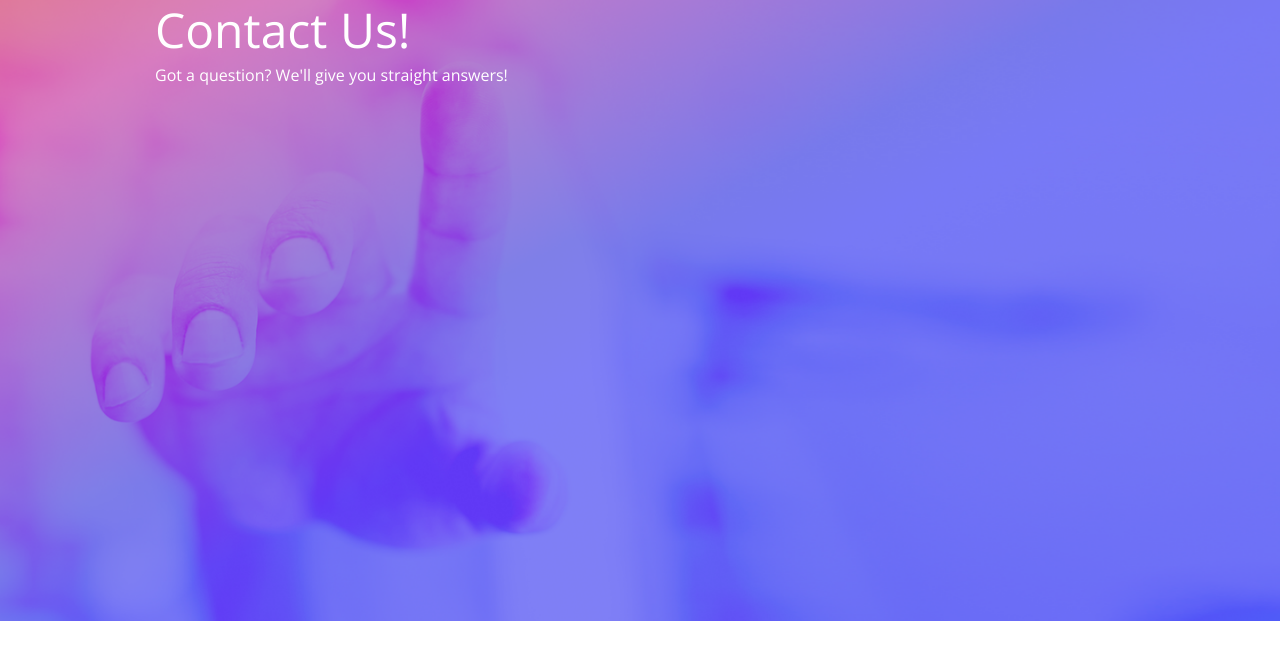
Repository: pixendrit/beetroot-fe-g1
Page: classwork/11 - Creating forms/class/index.html
The author's editor kept a copy of each file at every save. The page is drawn from the files as they stood at one save, then again after the next save.
The browser window is 1280 px wide. The pictures show the whole page.

Above is the page before, as saved 2021-02-06 09:35:48.

### classwork/11 - Creating forms/class/index.html
<!DOCTYPE html>
<html lang="en">

<head>
  <meta charset="UTF-8">
  <meta http-equiv="X-UA-Compatible" content="IE=edge">
  <meta name="viewport" content="width=device-width, initial-scale=1.0">
  <link rel="preconnect" href="https://fonts.gstatic.com">
  <link href="https://fonts.googleapis.com/css2?family=Open+Sans:ital,wght@0,400;0,700;1,400&display=swap" rel="stylesheet">
  <link rel="stylesheet" href="./styles/style.css">
  <title>Html Forms</title>
</head>

<body>
  <div class="form-container">
    <form action="#" class="contact-form">
      <div class="contact-form__header">
        <h1 class="contact-form__title">Contact Us!</h1>
        <p class="contact-form__text">Got a question? We'll give you straight answers!</p>
      </div>
      <div class="contact-form__body">
        <div class="flex-container">
          <div class="column-half"></div>
          <div class="column-half"></div>
        </div>
      </div>
      <div class="contact-form__footer"></div>
    </form>
  </div>

</body>

</html>

### classwork/11 - Creating forms/class/styles/style.css
/* http://meyerweb.com/eric/tools/css/reset/
   v2.0 | 20110126
   License: none (public domain)
*/

html, body, div, span, applet, object, iframe,
h1, h2, h3, h4, h5, h6, p, blockquote, pre,
a, abbr, acronym, address, big, cite, code,
del, dfn, em, img, ins, kbd, q, s, samp,
small, strike, strong, sub, sup, tt, var,
b, u, i, center,
dl, dt, dd, ol, ul, li,
fieldset, form, label, legend,
table, caption, tbody, tfoot, thead, tr, th, td,
article, aside, canvas, details, embed,
figure, figcaption, footer, header, hgroup,
menu, nav, output, ruby, section, summary,
time, mark, audio, video {
	margin: 0;
	padding: 0;
	border: 0;
	font-size: 100%;
	font: inherit;
	vertical-align: baseline;
}
/* HTML5 display-role reset for older browsers */
article, aside, details, figcaption, figure,
footer, header, hgroup, menu, nav, section {
	display: block;
}
body {
	line-height: 1;
}
ol, ul {
	list-style: none;
}
blockquote, q {
	quotes: none;
}
blockquote:before, blockquote:after,
q:before, q:after {
	content: '';
	content: none;
}
table {
	border-collapse: collapse;
	border-spacing: 0;
}
*,*:before,*:after {
  box-sizing: border-box;
}
/* ============================================ */
body {
  background: url('../images/background.png') no-repeat;
  background-size: cover;
  font-family: "Open Sans", sans-serif;
}
.form-container {
  width: 100%;
  max-width: 970px;
  margin:0 auto;
}
.flex-container {
  float: left;
  width: 100%;
  display: flex;
  justify-content: space-between;
  align-items: flex-start;
}

.column-half {
  width: calc(50% - 15px);
}
.contact-form__header {
  color: white;
}
.contact-form__title {
  font-size: 48px;
  line-height: 1.25em;
}
.contact-form__text {
  font-size: 16px;
  line-height: 1.9em;
}

After the next save:
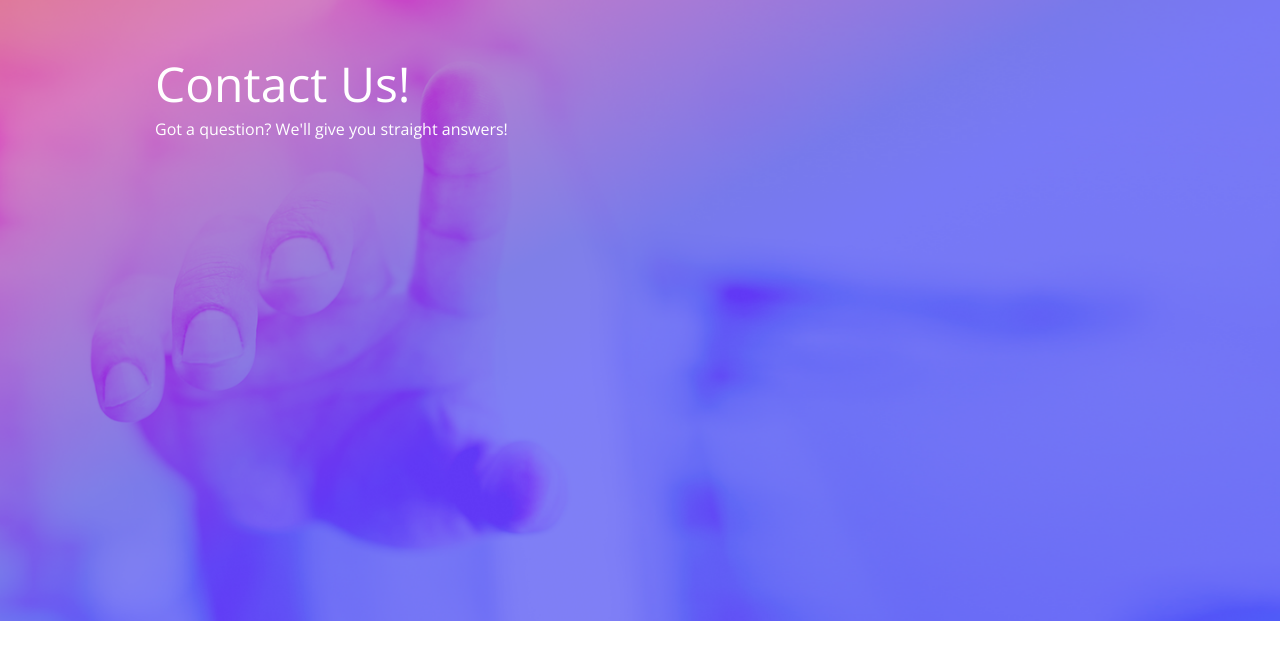
Saved 16 s later.
--- a/classwork/11 - Creating forms/class/styles/style.css
+++ b/classwork/11 - Creating forms/class/styles/style.css
@@ -72,6 +72,7 @@
   width: calc(50% - 15px);
 }
 .contact-form__header {
+  padding-top: 54px;
   color: white;
 }
 .contact-form__title {
